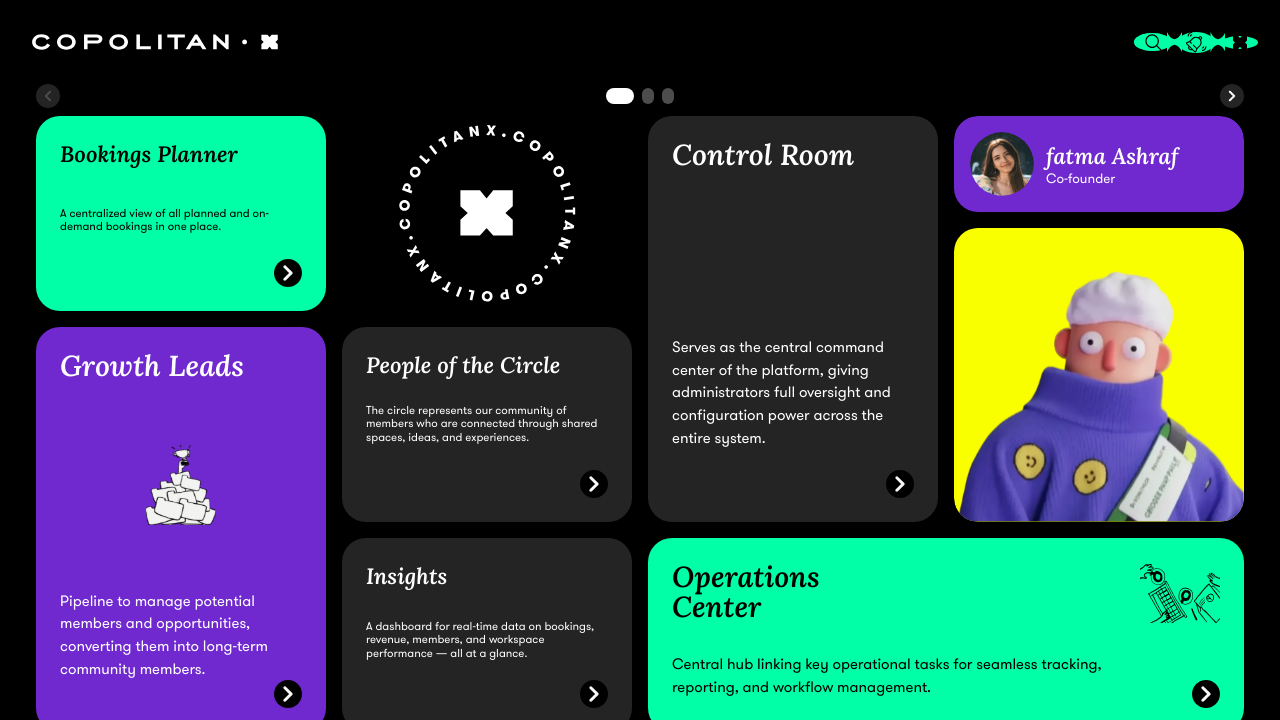
Repository: mohameddtalal/Copolitan-X
Page: /dashboard
An editor plug-in stored every save of this project. The page is shown before and after the next save, followed by the edit.
The browser window is 1280 px wide. The pictures show the whole page.
The project was rebuilt for these pictures with package versions that can differ from the ones it lists, and the page was loaded fresh each time. The framework's server and built-in components were replaced by stand-ins that run in the browser. Also part of the build but not shown: next.config.ts.

Above is the page before, as saved 2026-02-10 15:49:34.

### src/app/layout.tsx
import type { Metadata } from "next";
import { Geist, Geist_Mono } from "next/font/google";
import "./globals.css";
import Navbar from "@/components/Navbars/NavbarDynamic";
import { NavProvider } from "@/components/Context/Navcontext";

const geistSans = Geist({
  variable: "--font-geist-sans",
  subsets: ["latin"],
});

const geistMono = Geist_Mono({
  variable: "--font-geist-mono",
  subsets: ["latin"],
});

export const metadata: Metadata = {
  title: "Create Next App",
  description: "Generated by create next app",
};

export default function RootLayout({
  children,
}: Readonly<{
  children: React.ReactNode;
}>) {
  return (
    <html lang="en">
      <body
        className={`${geistSans.variable} ${geistMono.variable} antialiased  w-full flex flex-col m-0 p-0`}
      >

        <NavProvider>
          <div className="flex-shrink-0">
            <Navbar />
          </div>
          <div className="flex-1 overflow-auto w-full">
            {children}
          </div>
        </NavProvider>

      </body>
    </html>
  );
}

### src/app/(pages)/dashboard/page.tsx

'use client';

import BentoGrid from "@/components/BentoGrid/BentoGrid";





export default function DashboardPage() {
  return (
      <>
        <BentoGrid/>
      </>
  );
}

### src/app/globals.css
@import "tailwindcss";



:root {
  --background: #000000;
  --foreground: #ffffff;
  --green: #00ffa6;
}



@theme inline {
  --color-background: var(--background);
  --color-foreground: var(--foreground);
}

@media (prefers-color-scheme: dark) {
  :root {
    --background: #000000;
    --foreground: #ffffff;
  }
}

/* GT Walsheim */
@font-face {
  font-family: "GT Walsheim";
  src: url("/fonts/GT-Walsheim-Pro-Light.ttf") format("truetype");
  font-weight: 300;
  font-style: normal;
  font-display: swap;
}

@font-face {
  font-family: "GT Walsheim";
  src: url("/fonts/GT-Walsheim-Pro-Regular.ttf") format("truetype");
  font-weight: 400;
  font-style: normal;
  font-display: swap;
}

@font-face {
  font-family: "GT Walsheim";
  src: url("/fonts/GT-Walsheim-Pro-Medium.ttf") format("truetype");
  font-weight: 500;
  font-style: normal;
  font-display: swap;
}

@font-face {
  font-family: "GT Walsheim";
  src: url("/fonts/GT-Walsheim-Pro-Bold.ttf") format("truetype");
  font-weight: 700;
  font-style: normal;
  font-display: swap;
}

@font-face {
  font-family: "GT Walsheim";
  src: url("/fonts/GT-Walsheim-Pro-Ultra-Bold.ttf") format("truetype");
  font-weight: 800;
  font-style: normal;
  font-display: swap;
}

@font-face {
  font-family: "GT Walsheim";
  src: url("/fonts/GT-Walsheim-Pro-Ultra-Bold-Oblique.ttf") format("truetype");
  font-weight: 800;
  font-style: italic;
  font-display: swap;
}

@font-face {
  font-family: "Lora";
  src: url("/fonts/Lora-Italic.ttf") format("truetype");
  font-weight: 400;
  font-style: italic;
  font-display: swap;
}

@font-face {
  font-family: "Lora";
  src: url("/fonts/Lora-MediumItalic.ttf") format("truetype");
  font-weight: 500;
  font-style: italic;
  font-display: swap;
}

@font-face {
  font-family: "Lora";
  src: url("/fonts/Lora-SemiBoldItalic.ttf") format("truetype");
  font-weight: 600;
  font-style: italic;
  font-display: swap;
}

@font-face {
  font-family: "Lora";
  src: url("/fonts/Lora-BoldItalic.ttf") format("truetype");
  font-weight: 700;
  font-style: italic;
  font-display: swap;
}

body {
  background: var(--background);
  color: var(--foreground);
  font-family:
    "GT Walsheim",
    "Lora",
}

.font-gtwalsheim {
  font-family: "GT Walsheim";
  font-weight: 400;
}

.font-lora {
  font-family: "Lora";
}

.lora-semibold-italic {
  font-family: "Lora";
  font-weight: 600;
  font-style: italic;
}



.title-lg {
  font-size: clamp(1.125rem, 0.8571rem + 1.1905vw, 2rem);
  line-height: 30px;
}

.desc-lg {
  font-size: clamp(0.75rem, 0.6735rem + 0.3401vw, 1rem);
}

.title-md {
  font-size: clamp(1rem, 0.8469rem + 0.6803vw, 1.5rem);
  line-height: clamp(1.375rem, 1.1837rem + 0.8503vw, 2rem);
}

.desc-md {
  font-size: clamp(0.75rem, 0.7117rem + 0.1701vw, 0.875rem);
  line-height: clamp(0.75rem, 0.7117rem + 0.1701vw, 0.875rem);
}

.title-sm {
  font-size: clamp(1rem, 0.8469rem + 0.6803vw, 1.5rem);
  line-height: clamp(1.375rem, 1.1837rem + 0.8503vw, 2rem);
}

.desc-sm {
  font-size: clamp(0.625rem, 0.5867rem + 0.1701vw, 0.75rem);
  line-height: clamp(0.75rem, 0.7117rem + 0.1701vw, 0.875rem);
}
@media (min-height: 670px) {
body,html{
height: 100%;
}
}


/* width */
::-webkit-scrollbar {
  width: 8px;
  height: 8px;
}

/* Track */
::-webkit-scrollbar-track {
  background: transparent;
}

/* Handle */
::-webkit-scrollbar-thumb {
  background-color: #555;
  border-radius: 9999px;
  border: 2px solid transparent;
  background-clip: content-box;
}

/* Handle on hover */
::-webkit-scrollbar-thumb:hover {
  background-color: #777;
}

/* Flip Card Styles */
.perspective-1000 {
  perspective: 1000px;
}
.flip-wrapper {
  width: 100%;
  height: 100%;
  position: relative;
  transform-style: preserve-3d;
  cursor: pointer;
}

.flip-front,
.flip-back {
  backface-visibility: hidden;
  position: absolute;
  top: 0;
  left: 0;
  width: 100%;
  height: 100%;
}

.flip-front {
  z-index: 2;
  transform: rotateY(0deg);
}

.flip-back {
  transform: rotateY(180deg);
}

.rotate-y-180 {
  transform: rotateY(180deg);
}


.card-back-scroller {
  flex: 1;
  overflow-y: auto;
  margin-top: auto;
}

### src/components/Navbars/NavbarDynamic.tsx
"use client";
import { useRouter } from "next/navigation";
import Link from "next/link";
import Image from "next/image";
import { useState } from "react";
import { useNav } from "@/components/Context/Navcontext";
import styles from "./Navbar.module.css"

const Navbar = () => {
  const [isSearchOpen, setIsSearchOpen] = useState(false);
  const [searchText, setSearchText] = useState("");
  const { selectedTitle, selectedButton } = useNav();
  const router = useRouter();
  const handleSearch = () => {
    setIsSearchOpen((prev) => !prev); // toggle input
  };
  return (
    <nav className={styles.navbar }>
      <div className={styles.row}>
        <Link href="/dashboard">
          <div className="logo">
            <Image
              src="/navbar/Layer_1.svg"
              alt="LogoImage"
              className={styles.logoImg}
              width={301}
              height={26}
            />
          </div>
        </Link>
        <div className={styles.navInside}>
          <div
            className={styles.title}
          >
            <p>{selectedTitle}</p>
          </div>
          <div
            className={styles.selectedBtn}

          >
            <p>{selectedButton}</p>
          </div>
        </div>
        <div className={styles.navItems} >
          {isSearchOpen && (
            <input
              type="text"
              className={styles.searchInput}
              placeholder="Search..."
              value={searchText}
              onChange={(e) => setSearchText(e.target.value)}
              autoFocus
            />
          )}
          <div className={styles.search}>
            <button
              className={styles.search}
              style={{ zIndex: 10, cursor: "pointer" }}
              onClick={handleSearch}
            >
              <Image
                className="search-img"
                src="/navbar/search.svg"
                alt="search"
                width={18}
                height={18}
              />
            </button>
            {/* Search input (show only if open) */}
          </div>
          <div className={styles.line}></div>
          <div className={styles.notifications}>
            <button
              className="notification"
              style={{ cursor: "pointer" }}
              onClick={() => router.push("/notificationPage")}
            >
              <Image
                className="notification-img"
                src="/navbar/notification.svg"
                alt="notification"
                width={21}
                height={21}
              />
            </button>
          </div>
          <div className={styles.line}></div>
          <div className={styles.quote}>
            <Image
              src="/navbar/quote.svg"
              alt="quote"
              width={14}
              height={13}
              className="quote-img"
            />
          </div>
        </div>
      </div>
    </nav>
  );
};

export default Navbar;

### src/components/Context/Navcontext.tsx
"use client";

import { createContext, useContext, useState } from "react";

const NavContext = createContext<any>(null);

export function NavProvider({ children }: { children: React.ReactNode }) {
  const [selectedTitle, setSelectedTitle] = useState("");
  const [selectedButton, setSelectedButton] = useState("");

  return (
    <NavContext.Provider
      value={{ selectedTitle, setSelectedTitle, selectedButton, setSelectedButton }}
    >
      {children}
    </NavContext.Provider>
  );
}

export function useNav() {
  return useContext(NavContext);
}

### src/components/BentoGrid/BentoGrid.tsx
import React, { useState } from 'react';
import { motion } from 'framer-motion';
import Navigation from '../Navigation/Navigation';
import PageContainer from '../PageContainer/PageContainer';
import BadgeCard from '../BadgeCard/BadgeCard';

const BentoGrid = () => {
    const [currentPage, setCurrentPage] = useState(0);

    // Dummy data for cards - 3 pages × 12 cards each
    const pages = [
        // Page 1
        [
            { id: 1, title: "Bookings Planner", description: "A centralized view of all planned and on-demand bookings in one place.", color: "bg-[var(--green)]", span: "col-span-1 row-span-1", flippable: true },
            { id: 2, title: "", description: "", color: "bg-[var(--background)]", span: "col-span-1 row-span-1", image: "/cards/CIRCULAR TEXT.svg" },
            { id: 3, title: "Control Room", description: "Serves as the central command center of the platform, giving administrators full oversight and configuration power across the entire system.", color: "bg-[#242424]", span: "col-span-1 row-span-2", flippable: true },
            { id: 4, title: "fatma Ashraf", description: "Co-founder", color: "bg-[var(--background)]", span: "col-span-1 row-span-2", isSplit: true, profileImage: "/cards/profile.svg", characterImage: "/cards/character.svg" },
            { id: 5, title: "Growth Leads", description: "Pipeline to manage potential members and opportunities, converting them into long-term community members.", color: "bg-[#7029CF]", span: "col-span-1 row-span-2", cardImage: "/cards/card5.svg", layoutType: "column" },
            { id: 6, title: "People of the Circle", description: "The circle represents our community of members who are connected through shared spaces, ideas, and experiences.", color: "bg-[#242424]", span: "col-span-1 row-span-1" },
            { id: 7, title: "Insights", description: "A dashboard for real-time data on bookings, revenue, members, and workspace performance — all at a glance.", color: "bg-[#242424]", span: "col-span-1 row-span-1" ,flippable: true },
            { id: 8, title: "Operations \nCenter", description: "Central hub linking key operational tasks for seamless tracking, reporting, and workflow management.", color: "bg-[var(--green)]", span: "col-span-2 row-span-1", cardImage: "/cards/card8.svg", layoutType: "row" },
        ],
        // Page 2
        [
            { id: 9, title: "Partnerships Network", description: "Oversee and manage all partnerships, deals, and strategic collaborations", color: "bg-[#FFD3D2]", span: "col-span-1 row-span-1", flippable: true },
            { id: 2, title: "", description: "", color: "bg-[var(--background)]", span: "col-span-1 row-span-1", image: "/cards/CIRCULAR TEXT.svg" },
            { id: 10, title: "Security \nControl", description: "Serves as the central command center of the platform, giving administrators full oversight and configuration power across the entire system.", color: "bg-[#242424]", span: "col-span-1 row-span-2", cardImage: "/cards/card11.svg", layoutType: "column" },
            { id: 4, title: "fatma Ashraf", description: "Co-founder", color: "bg-[var(--background)]", span: "col-span-1 row-span-2", isSplit: true, profileImage: "/cards/profile.svg", characterImage: "/cards/character.svg" },
            { id: 11, title: "Finance Center", description: "A control panel for streamlined financial records and insights collaborations.", color: "bg-[#242424]", span: "col-span-1 row-span-2" },
            { id: 12, title: "Experience& \nEngagement Lab", description: "A tools lab that drives engagement and growth where experience is refined and elevated.", color: "bg-[#242424]", span: "col-span-1 row-span-1" },
            { id: 13, title: "Data Hub", description: "A streamlined repository for all data collect, analyze, and access key metrics to drive informed decisions.", color: "bg-[#242424]", span: "col-span-1 row-span-1" },
            { id: 14, title: "Facility \nManagement ", description: "Central hub linking key operational tasks for seamless tracking, reporting, and workflow management.", color: "bg-[#242424]", span: "col-span-2 row-span-1", cardImage: "/cards/card15.svg", layoutType: "row" },
        ],
        // Page 3
        [
            { id: 15, title: "Data Hub", description: "A streamlined repository for all data collect, analyze, and access key metrics to drive informed decisions.", color: "bg-[#FFD3D2]", span: "col-span-1 row-span-1", flippable: true },
            { id: 2, title: "", description: "", color: "invisible pointer-events-none", span: "col-span-1 row-span-1", image: "/cards/CIRCULAR TEXT.svg" },
            { id: 10, title: "Security \nControl", description: "Serves as the central command center of the platform, giving administrators full oversight and configuration power across the entire system.", color: "invisible pointer-events-none", span: "col-span-1 row-span-2", cardImage: "/cards/card11.svg", layoutType: "column" },
            { id: 4, title: "fatma Ashraf", description: "Co-founder", color: "bg-[var(--background)]", span: "col-span-1 row-span-2", isSplit: true, profileImage: "/cards/profile.svg", characterImage: "/cards/character.svg" },
            { id: 11, title: "Finance Center", description: "A control panel for streamlined financial records and insights collaborations.", color: "invisible pointer-events-none", span: "col-span-1 row-span-2" },
            { id: 12, title: "Experience& \nEngagement Lab", description: "A tools lab that drives engagement and growth where experience is refined and elevated.", color: "invisible pointer-events-none", span: "col-span-1 row-span-1" },
            { id: 13, title: "Data Hub", description: "A streamlined repository for all data collect, analyze, and access key metrics to drive informed decisions.", color: "invisible pointer-events-none", span: "col-span-1 row-span-1" },
            { id: 14, title: "Facility \nManagement ", description: "Central hub linking key operational tasks for seamless tracking, reporting, and workflow management.", color: "invisible pointer-events-none", span: "col-span-2 row-span-1", cardImage: "/cards/card15.svg", layoutType: "row" },
        ],



    ];
    const nextPage = () => {
        if (currentPage < pages.length - 1) {
            setCurrentPage(currentPage + 1);
        }
    };

    const prevPage = () => {
        if (currentPage > 0) {
            setCurrentPage(currentPage - 1);
        }
    };

    return (
        <div className="w-full h-full  px-1 sm:px-1 md:px-2 lg:px-3 xl:px-5 flex flex-col overflow-hidden">
            {/* Navigation Section */}
            <Navigation
              currentPage={currentPage}
              pages={pages}
              setCurrentPage={setCurrentPage}
              totalPages={pages.length}
              onPrev={prevPage}
              onNext={nextPage}
            />

            {/* Grid Container */}
            <div className="flex-1 overflow-hidden w-full min-h-0">
                <div
                    className="flex  w-full transition-transform duration-1000 ease-[cubic-bezier(0.16,1,0.3,1)]"
                    style={{ transform: `translateX(-${currentPage * 100}%)` }}
                >
                    {pages.map((page, pageIndex) => (
                        <PageContainer key={pageIndex}>
                            {page.map((card) => (
                                <BadgeCard key={card.id} card={card} />
                            ))}
                        </PageContainer>
                    ))}
                </div>
            </div>


        </div>
    );
};

export default BentoGrid;

### src/components/Navbars/Navbar.module.css
.navbar{

  background-color: var(--background);



}
.logoImg {
 margin: clamp(1.75rem, 1.6536rem + 0.4259vw, 2.0625rem);

}
.navInside {
  display: flex;
  flex-direction: column;
  justify-content: center;
  align-items: center;
  padding: 16px 0px;
  gap: 3px;
  width: 100%;
}
.navItems {
  position: relative;
  display: flex;
  align-items: center;
  margin: clamp(0.9375rem, 0.7641rem + 0.7666vw, 1.5rem);
}
.searchInput {
  position: absolute;
  right: 87px;
  top: 50%;
  transform: translateY(-50%);
  padding: 6px 20px;
  border-radius: 48px;
  border: 1px solid var(--hot-purple);
  outline: none;
  font-size: 14px;
  width: 217px;
  height: 36px;
}
.line {
  margin: 0 -4px;
  width: 15px;
  height: 40px;
  padding: 0;
  border: none;
  background-color: var(--green);
  display: block;
  flex-shrink: 0;
  clip-path: polygon(
    0% 25%,
    0% 10%,
    0% 0%,
    0% 100%,
    0% 90%,
    0% 75%,
    10% 68%,
    20% 63%,
    30% 60%,
    40% 58%,
    50% 57%,
    60% 58%,
    70% 60%,
    80% 63%,
    90% 68%,
    100% 75%,
    100% 90%,
    100% 100%,
    100% 0%,
    100% 10%,
    100% 25%,
    90% 32%,
    80% 37%,
    70% 40%,
    60% 42%,
    50% 43%,
    40% 42%,
    30% 40%,
    20% 37%,
    10% 32%
  );
}

.notifications,
.quote,
.search {
  width: 36.5px;
  height: 36;
  display: flex;
  align-items: center;
  justify-content: center;
  background-color: var(--green);
  border-radius: 50%;
  margin: 0;
}
.row {
  display: flex;
  justify-content: space-between;
  align-items: center;
}
.title{
  margin-bottom: 0;
  color: var(--black);
}
.selectedBtn{
  margin-top: 0;
  font-size: 16px;
  color: var(--black);
}

### src/components/Navigation/Navigation.tsx
import React from 'react';

export default function Navigation({
  currentPage,
  totalPages,
  setCurrentPage,
  pages,
  onPrev,
  onNext,
}: {
  currentPage: number;
  totalPages: number;
  setCurrentPage:Function,
  pages:any[],
  onPrev: () => void;
  onNext: () => void;
}) {
  return (
    <div className="flex items-center justify-between  shrink-0 px-1.5 sm:px-2 md:px-2 lg:px-3 xl:px-4  ">
      <div className="flex  justify-between w-full items-center mb-2">
        <button
          onClick={onPrev}
          disabled={currentPage === 0}
          className={`rounded-full  transition-all ${
            currentPage === 0 ? 'cursor-not-allowed' : 'cursor-pointer'
          }`}
        >
          <img
            src={currentPage === 0 ? "/cards/DimmedLeft.svg" : "/cards/Left.svg"}
            alt="Previous"
            className="w-3 h-3 sm:w-4 sm:h-4 lg:w-6 lg:h-6"
          />
        </button>
   {/* Page Indicators */}
            <div className="flex justify-center gap-2 shrink-0 ">
                {pages.map((_, index) => (
                    <button
                        key={index}
                        onClick={() => setCurrentPage(index)}
                        className={`h-4 cursor-pointer rounded-full transition-all ${currentPage === index ? 'w-5 sm:w-7 bg-white' : 'w-3 bg-white/30'
                            }`}
                    />
                ))}
            </div>
        <button
          onClick={onNext}
          disabled={currentPage === totalPages - 1}
          className={`rounded-full transition-all   ${
            currentPage === totalPages - 1 ? 'cursor-not-allowed' : 'cursor-pointer'
          }`}
        >
          <img
            src={currentPage === totalPages - 1 ? "/cards/DimmedRight.svg" : "/cards/Right.svg"}
            alt="Next"
            className="w-3 h-3 sm:w-4 sm:h-4 lg:w-6 lg:h-6"
          />
        </button>
      </div>
    </div>
  );
}

### src/components/PageContainer/PageContainer.tsx
export default function PageContainer({ children }: { children: React.ReactNode }) {


    return (
        <div className="min-w-full h-full px-1.5 sm:px-2 md:px-2 lg:px-3 xl:px-4 flex items-center justify-center ">
            <div className="grid grid-cols-4 grid-rows-3 gap-2 sm:gap-3 lg:gap-4 w-full h-full auto-rows-fr relative">
                {children}
            </div>
        </div>
    )
}

### src/components/BadgeCard/BadgeCard.module.css

.card-3,
.card-10,
.card-11 {
  display: flex;
  height: 100%;
  flex-direction: column;
  justify-content: space-between;
  padding-bottom: 20px;
}

.card-1,
.card-15,
.card-9 {
  display: flex;
  height: 100%;
  flex-direction: column;
  justify-content: space-between;
  padding-bottom: 25px;
}

.card-13,
.card-7 {
  display: flex;
  height: 100%;
  flex-direction: column;
  justify-content: space-between;
  padding-bottom: 20px;
}
.card-6,
.card-12 {
  display: flex;
  height: 100%;
  flex-direction: column;
  justify-content: space-between;
  padding-bottom: 25px;
}

.card-8,
.card-10,
.card-14 {
  display: flex;
  height: 100%;
  flex-direction: column;
  justify-content: space-between;
  padding-bottom: 10px;
}

.card-icon-8,
.card-icon-14,
.card-icon-12 {
  position: absolute;
  right: 24px;
  bottom: 24px;
}

.card-image-4{
  height: 100%;
}

Loaded but not shown: src/components/BadgeCard/BadgeCard.tsx (226 lines, source omitted)

After the next save:
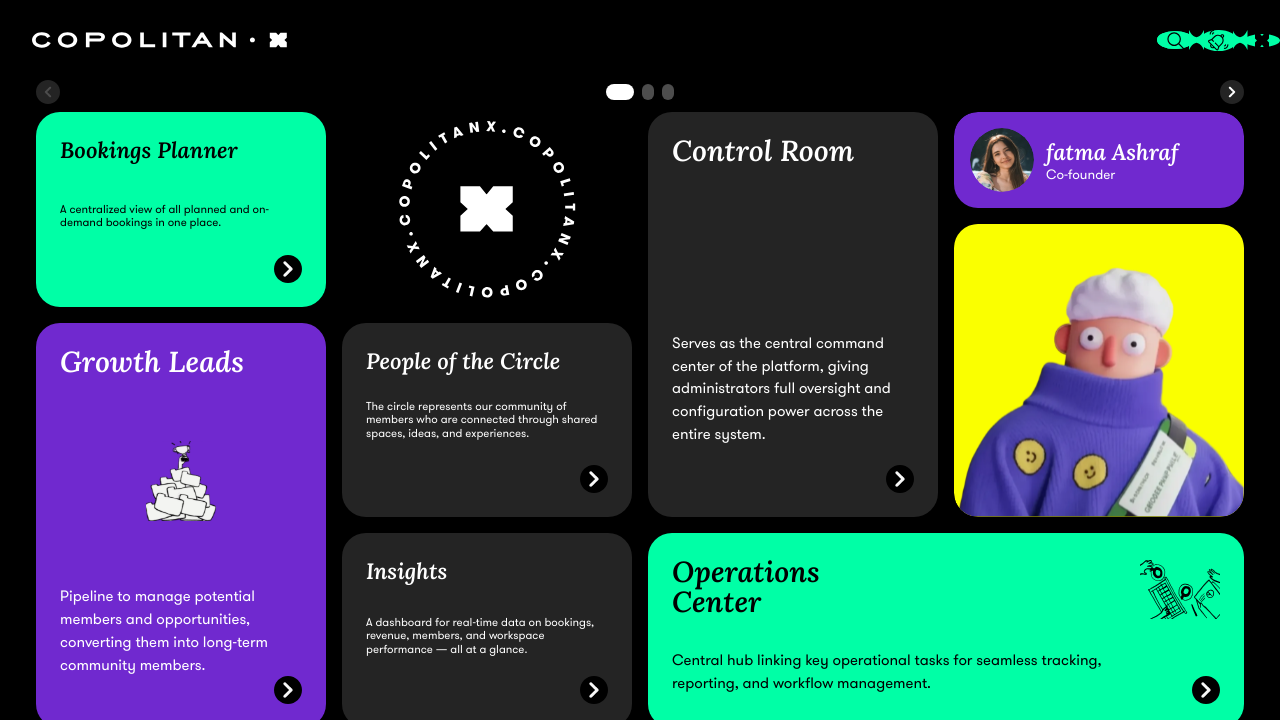
Saved 12 min 46 s later.
--- a/src/components/Navbars/Navbar.module.css
+++ b/src/components/Navbars/Navbar.module.css
@@ -22,7 +22,7 @@
   position: relative;
   display: flex;
   align-items: center;
-  margin: clamp(0.9375rem, 0.7641rem + 0.7666vw, 1.5rem);
+
 }
 .searchInput {
   position: absolute;
